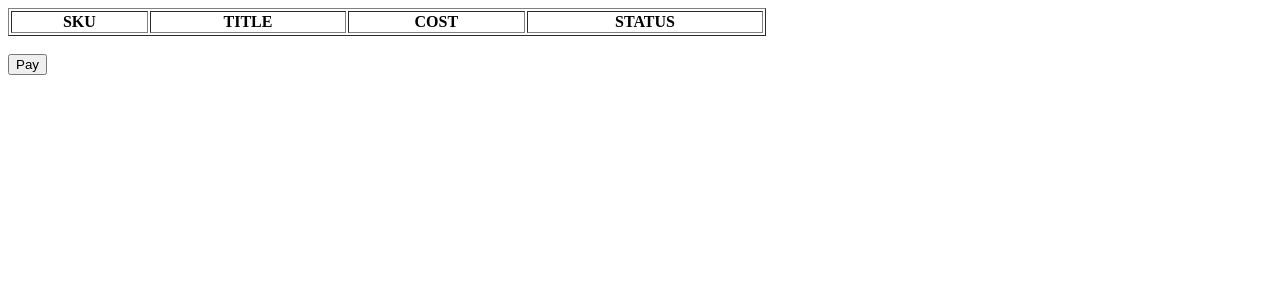
Repository: pawanpyakurel/TibetHouseInventory
Page: http://localhost/TibetHouseInventory/PosList.jsp
The author's editor kept a copy of each file at every save. The page is drawn from the files as they stood at one save, then again after the next save.
The browser window is 1280 px wide. The pictures show the whole page.
The page is served by Tomcat 9. Queries for data that is not in the repository find no rows.

Above is the page before, as saved 2019-05-30 04:26:27.

After the next save:
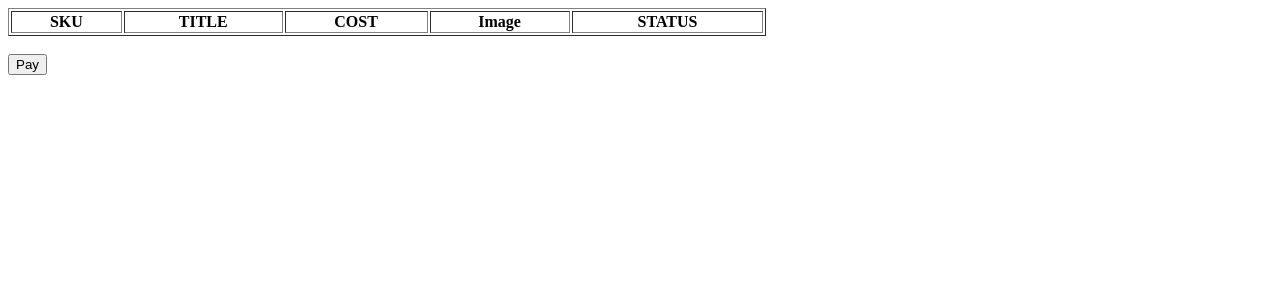
Saved 4 min 22 s later.
--- a/TibetHouseInventory/WebContent/PosList.jsp
+++ b/TibetHouseInventory/WebContent/PosList.jsp
@@ -23,6 +23,7 @@
 			<th>SKU</th>
 			<th>TITLE</th>
 			<th>COST</th>
+			<th>Image</th>
 			<th id="readvalue">STATUS</th>
 		</tr>
 		<c:forEach items="${list}" var="u">
@@ -31,6 +32,10 @@
 				<td>${u.getTitle()}</td>
 				<td>Rs ${u.getCostprice()}</td>
 				<td>${u.getStatus()}</td>
+				<td>${u.getImage()}</td>
+			</tr>
+			<tr>
+			<img src='" + imgloc+ "' alt='Image not upload yet'>
 			</tr>
 		</c:forEach>
 	</table>
